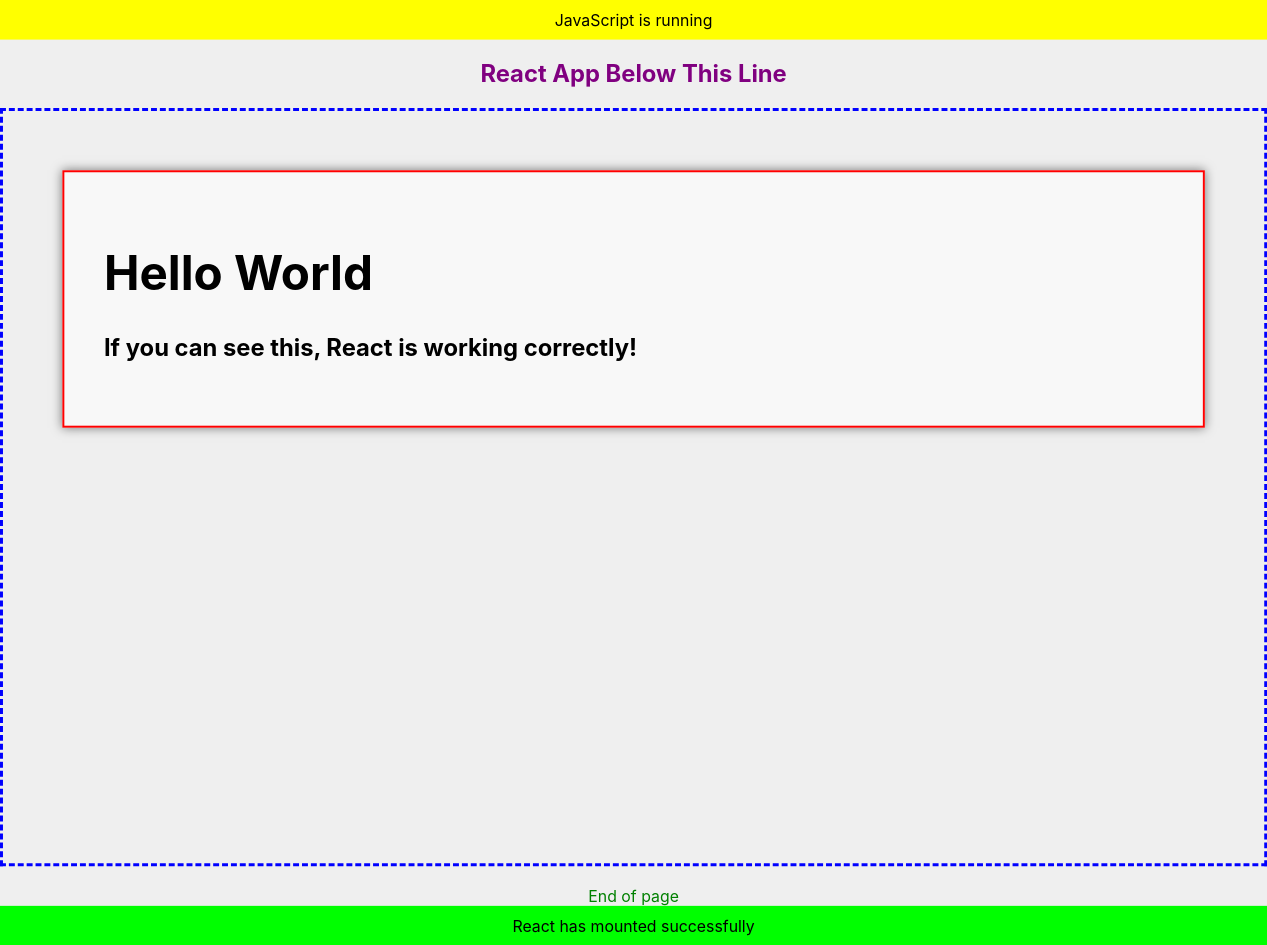
Repository: KPW-AI/react-web
Page: /
These files come from the project's save history. The page is drawn as it stood at one moment and after the next save; the edit follows.
The browser window is 1280 px wide. The pictures show the whole page, at 99% of full size.
The project was rebuilt for these pictures with package versions that can differ from the ones it lists, and the page was loaded fresh each time. Also part of the build but not shown: src/MinimalApp.js.

Above is the page before, as saved 2025-03-06 17:09:00.

After the next save:
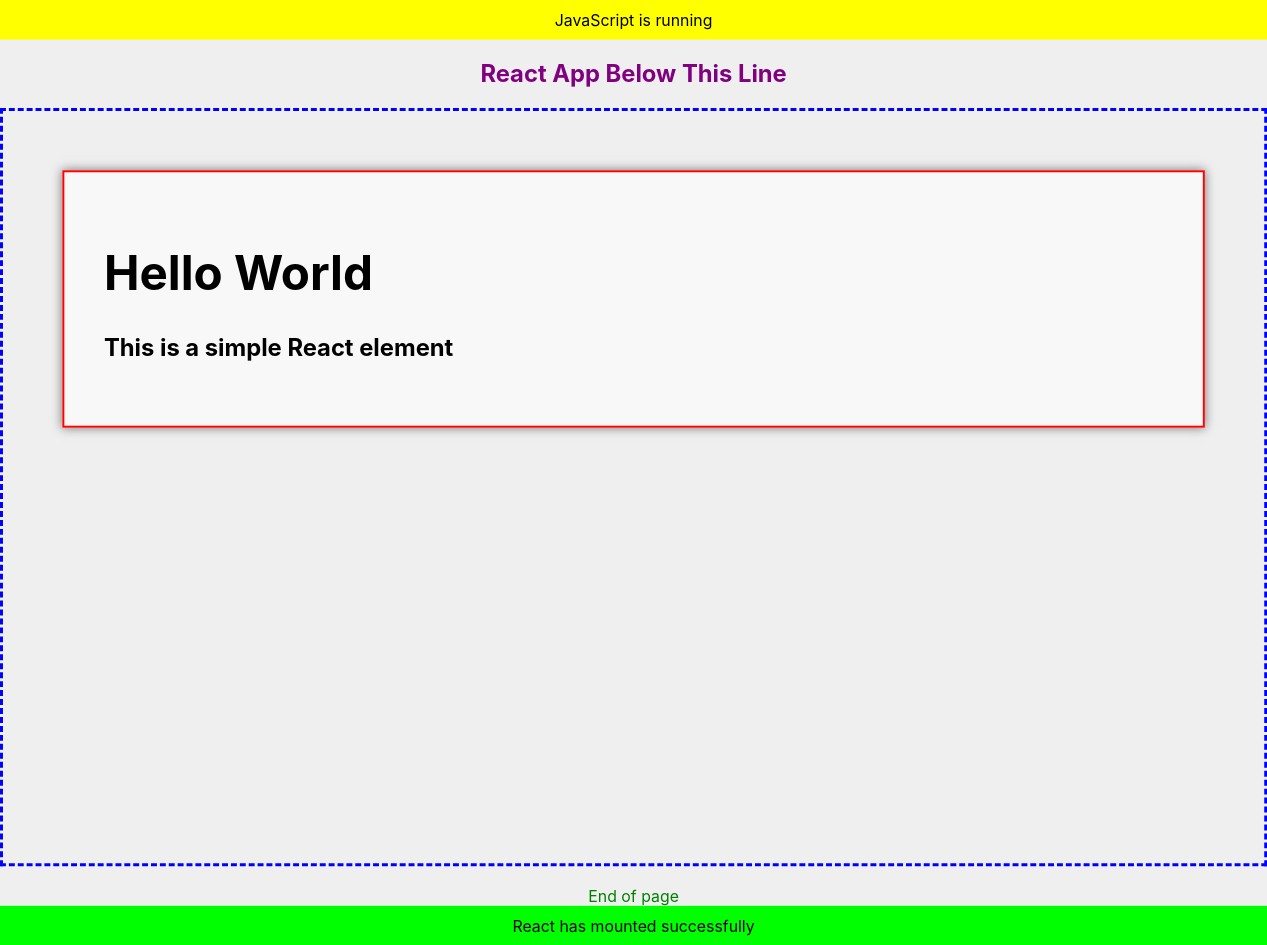
Saved 25 s later.
--- a/src/index.js
+++ b/src/index.js
@@ -1,57 +1,34 @@
 import React from 'react';
 import ReactDOM from 'react-dom';
 import './index.css';
-import App from './App';
-// Also import MinimalApp but we'll use App by default
-import MinimalApp from './MinimalApp';
 
-// Show when the script is executing
+// Insert a banner to confirm JavaScript is running
 document.body.insertAdjacentHTML('afterbegin',
   '<div style="background:yellow;padding:10px;text-align:center">JavaScript is running</div>'
 );
 
-// Clear any service workers to prevent caching issues
-if ('serviceWorker' in navigator) {
-  navigator.serviceWorker.getRegistrations().then(function(registrations) {
-    for(let registration of registrations) {
-      registration.unregister();
-    }
-  });
-}
+// Render a simple element
+const simpleElement = (
+  <div style={{
+    padding: '40px',
+    margin: '40px',
+    border: '2px solid red',
+    backgroundColor: '#f8f8f8',
+    fontSize: '24px',
+    color: 'black',
+    fontWeight: 'bold',
+    boxShadow: '0 0 10px rgba(0,0,0,0.5)'
+  }}>
+    <h1>Hello World</h1>
+    <p>This is a simple React element</p>
+  </div>
+);
 
-// Log environment information
-console.log('Browser: ' + navigator.userAgent);
-console.log('index.js executing');
-console.log('Checking for root element:', document.getElementById('root'));
+// Mount React element directly
+const rootElement = document.getElementById('root');
+ReactDOM.render(simpleElement, rootElement);
 
-// Using a simpler approach to render
-const rootElement = document.getElementById('root');
-
-try {
-  // Use App component
-  ReactDOM.render(
-    <React.StrictMode>
-      <App />
-    </React.StrictMode>,
-    rootElement
-  );
-  console.log('ReactDOM.render called successfully');
-
-  // Add a visible indicator that React has mounted
-  document.body.insertAdjacentHTML('beforeend',
-    '<div style="background:lime;padding:10px;text-align:center">React has mounted successfully</div>'
-  );
-} catch (error) {
-  console.error('Error rendering React app:', error);
-
-  // Add a fallback rendering as a last resort
-  if (rootElement) {
-    rootElement.innerHTML = `
-      <div style="padding: 40px; border: 4px solid red; margin: 20px; background-color: #fff; font-size: 24px;">
-        <h1>React Failed to Render</h1>
-        <p>Error: ${error.message}</p>
-        <p>See console for details.</p>
-      </div>
-    `;
-  }
-}
+// Confirm React has mounted
+document.body.insertAdjacentHTML('beforeend',
+  '<div style="background:lime;padding:10px;text-align:center">React has mounted successfully</div>'
+);
